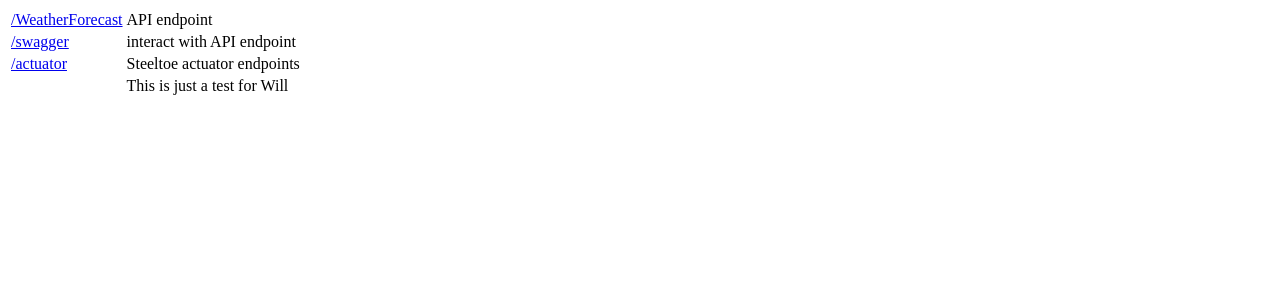
Repository: npike-vmware/weatherforecast-steeltoe
Page: StaticFiles/index.html
An editor plug-in stored every save of this project. The page is shown before and after the next save, followed by the edit.
The browser window is 1280 px wide. The pictures show the whole page.

Above is the page before, as saved 2022-11-17 11:21:32.

### StaticFiles/index.html
<!DOCTYPE html>
<html lang="en">
<head>
    <meta charset="UTF-8">
    <title>C# Weather Forecast</title>
</head>
<body>
<table>
    <tr>
        <td><a href="/WeatherForecast">/WeatherForecast</a></td>
        <td>API endpoint</td>
    </tr>
    <tr>
        <td><a href="/swagger">/swagger</a></td>
        <td>interact with API endpoint</td>
    </tr>
    <tr>
        <td><a href="/actuator">/actuator</a></td>
        <td>Steeltoe actuator endpoints</td>
    </tr>
    <tr>
        <td><a href="/tap-install"></a></td>
        <td>This is just a test for Will</td>
    </tr>
</table>
</body>
</html>

After the next save:
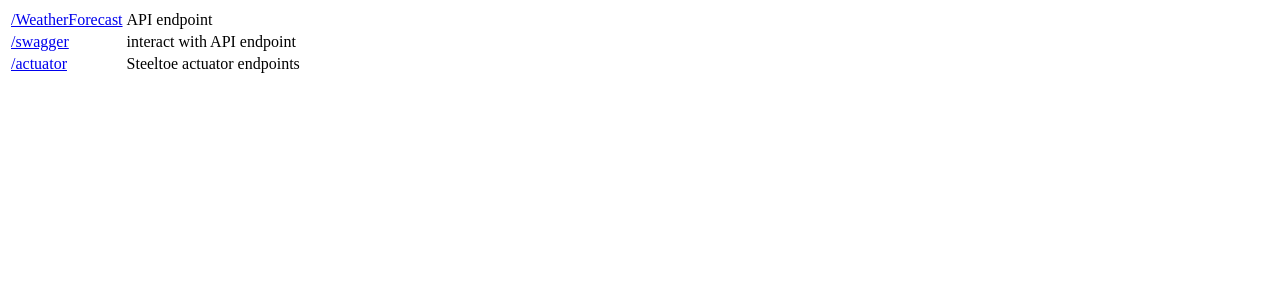
Saved 4 h 29 min later.
--- a/StaticFiles/index.html
+++ b/StaticFiles/index.html
@@ -18,10 +18,6 @@
         <td><a href="/actuator">/actuator</a></td>
         <td>Steeltoe actuator endpoints</td>
     </tr>
-    <tr>
-        <td><a href="/tap-install"></a></td>
-        <td>This is just a test for Will</td>
-    </tr>
 </table>
 </body>
 </html>
